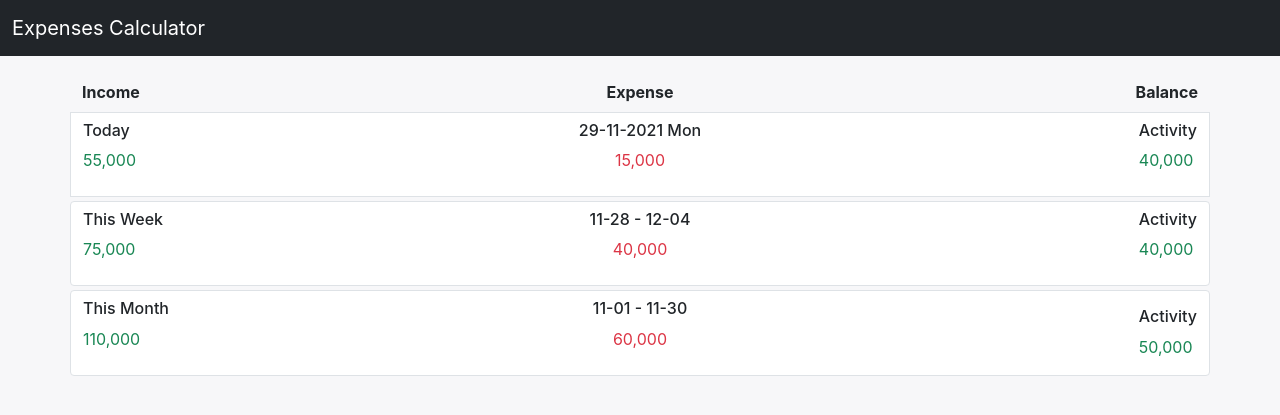
Repository: eidankhan/expenses-calculator
Page: /
An editor plug-in stored every save of this project. The page is shown before and after the next save, followed by the edit.
The browser window is 1280 px wide. The pictures show the whole page.
The project was rebuilt for these pictures with package versions that can differ from the ones it lists, and the page was loaded fresh each time. Also part of the build but not shown: src/components/SaveIncome.js.

Above is the page before, as saved 2021-11-29 18:31:35.

After the next save:
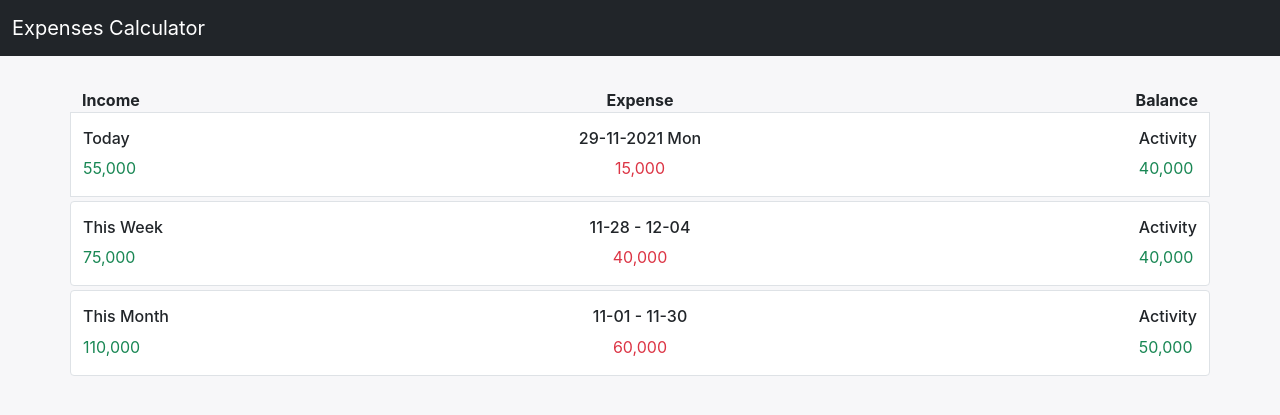
Saved 38 s later.
--- a/src/components/IncomeSummary.js
+++ b/src/components/IncomeSummary.js
@@ -4,28 +4,28 @@ export const IncomeSummary = () => {
   return (
     <div className="my-3">
       <div className="row">
-        <div className="col-md-4 my-2">
+        <div className="col-md-4 mt-3">
           <strong>Income</strong>
         </div>
-        <div className="col-md-4 my-2 text-center">
+        <div className="col-md-4 mt-3 text-center">
           <strong>Expense</strong>
         </div>
-        <div className="col-md-4 my-2">
+        <div className="col-md-4 mt-3">
           <strong className="float-end">Balance</strong>
         </div>
       </div>
       <div className="row border rounder" style={{ backgroundColor: "white" }}>
-        <div className="col-md-4 my-2" m>
+        <div className="col-md-4 mt-3" m>
           <h6> Today </h6>
           <p className="text-success"> 55,000</p>
         </div>
-        <div className="col-md-4 my-2">
+        <div className="col-md-4 mt-3">
           <div className="text-center">
             <h6> 29-11-2021 Mon </h6>
             <p className="text-danger"> 15,000</p>
           </div>
         </div>
-        <div className="col-md-4 my-2">
+        <div className="col-md-4 mt-3">
           <div className="float-end">
           <h6> Activity </h6>
           <p className="text-success"> 40,000</p>
@@ -36,19 +36,19 @@ export const IncomeSummary = () => {
         className="row border rounded my-1"
         style={{ backgroundColor: "white" }}
       >
-        <div className="col-md-4 my-2">
+        <div className="col-md-4 mt-3">
           <div className="cards">
             <h6> This Week </h6>
             <p className="text-success"> 75,000</p>
           </div>
         </div>
-        <div className="col-md-4 my-2">
+        <div className="col-md-4 mt-3">
         <div className="text-center">
           <h6> 11-28 - 12-04 </h6>
           <p className="text-danger"> 40,000</p>
         </div>
         </div>
-        <div className="col-md-4 my-2">
+        <div className="col-md-4 mt-3">
           <div className="float-end">
             <h6> Activity </h6>
             <p className="text-success"> 40,000</p>
@@ -59,13 +59,13 @@ export const IncomeSummary = () => {
         className="row border rounded my-1"
         style={{ backgroundColor: "white" }}
       >
-        <div className="col-md-4 my-2">
+        <div className="col-md-4 mt-3">
           <div className="cards">
             <h6> This Month </h6>
             <p className="text-success"> 110,000</p>
           </div>
         </div>
-        <div className="col-md-4 my-2">
+        <div className="col-md-4 mt-3">
         <div className="text-center">
           <h6> 11-01 - 11-30 </h6>
           <p className="text-danger"> 60,000</p>
